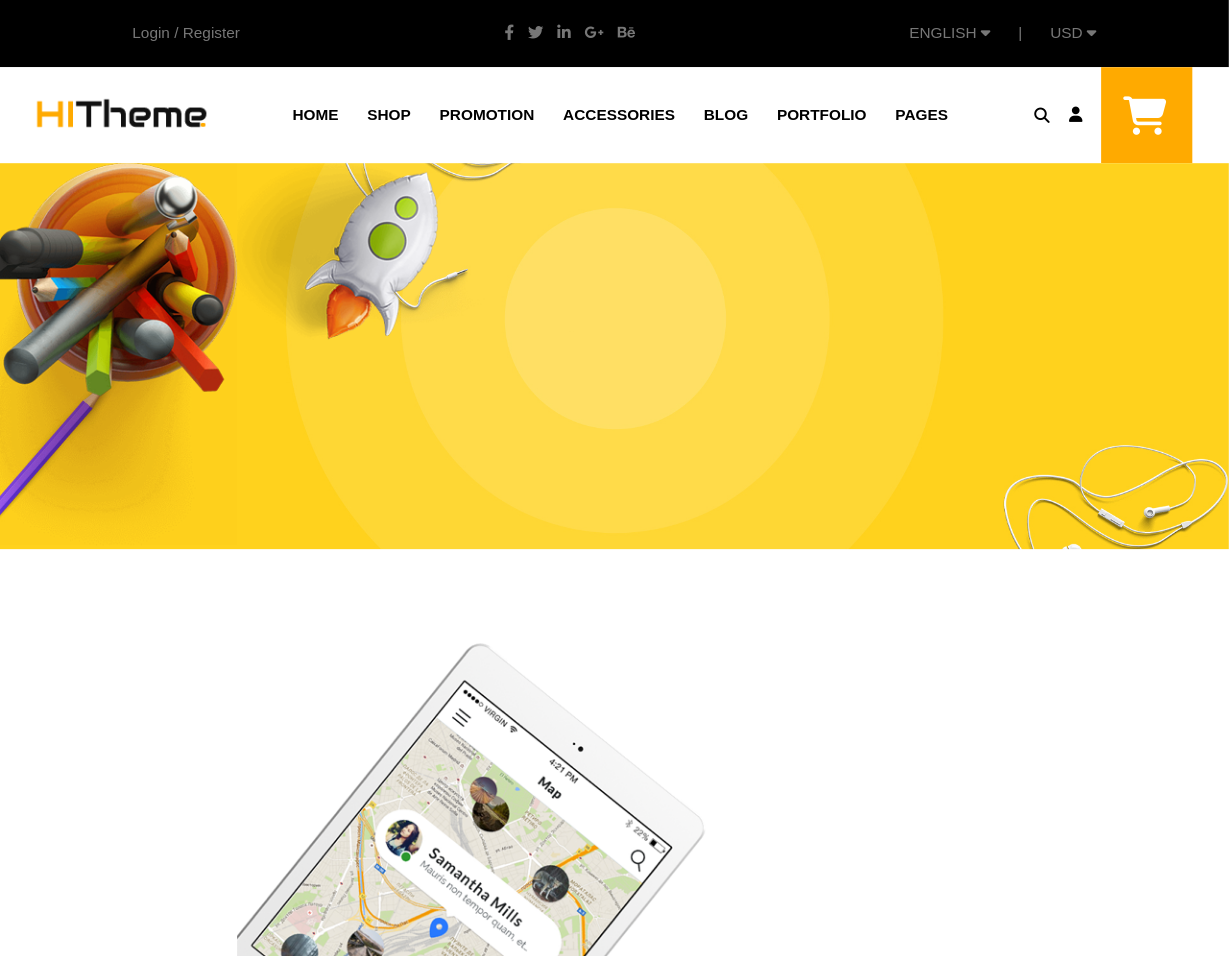
Repository: Thach1311/DU-AN-WEB-BAN-HANG-
Page: index1.html
These files come from the project's save history. The page is drawn as it stood at one moment and after the next save; the edit follows.
The browser window is 1280 px wide. The pictures show the whole page, at 96% of full size.

Above is the page before, as saved 2023-02-23 17:29:38.

After the next save:
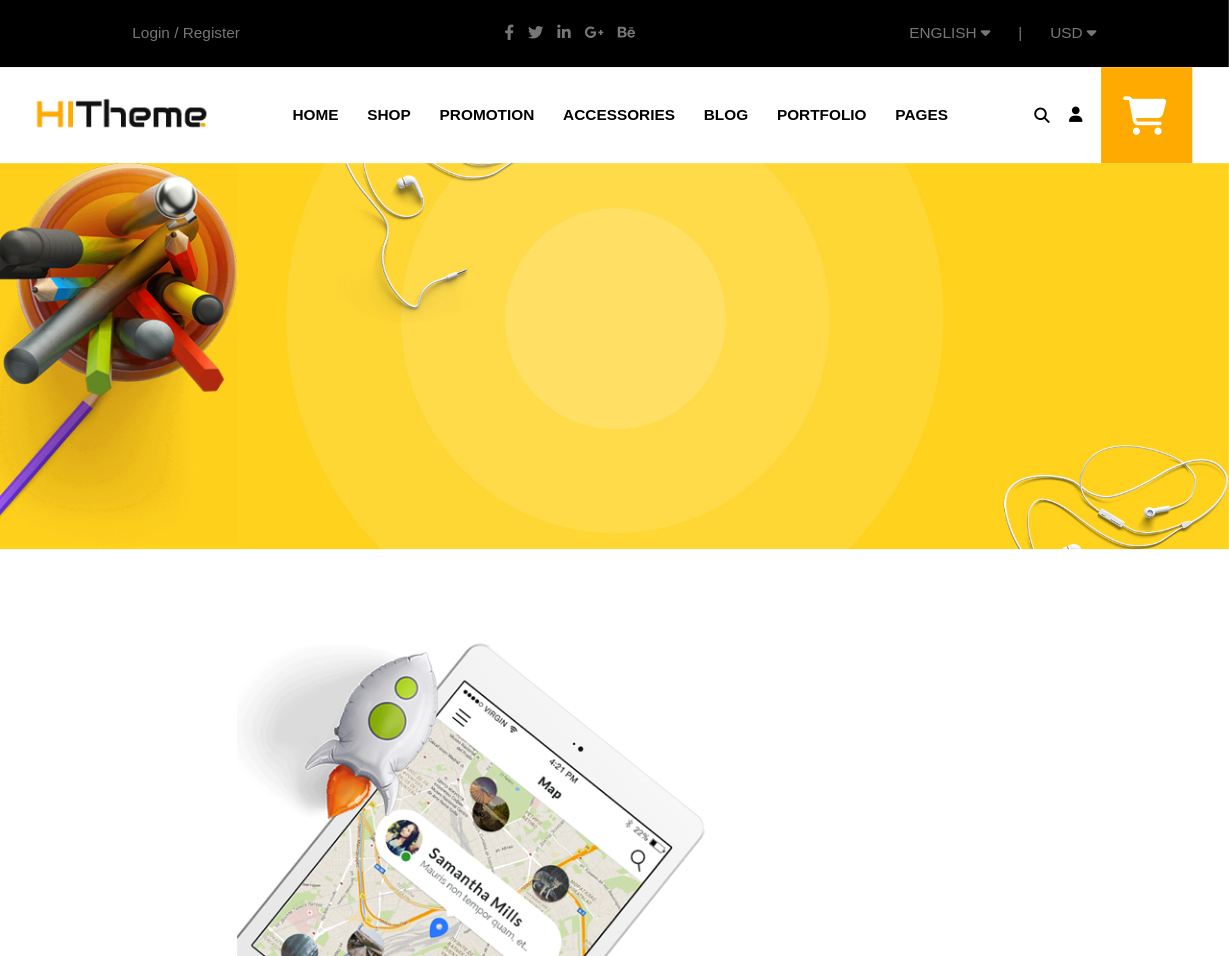
Saved 12 s later.
--- a/CSS/style1.css
+++ b/CSS/style1.css
@@ -624,6 +624,7 @@
 }
 .slide__bgMain-item4{
     position: absolute;
+    margin-top: 500px;
 
 }
 /* Animation */
